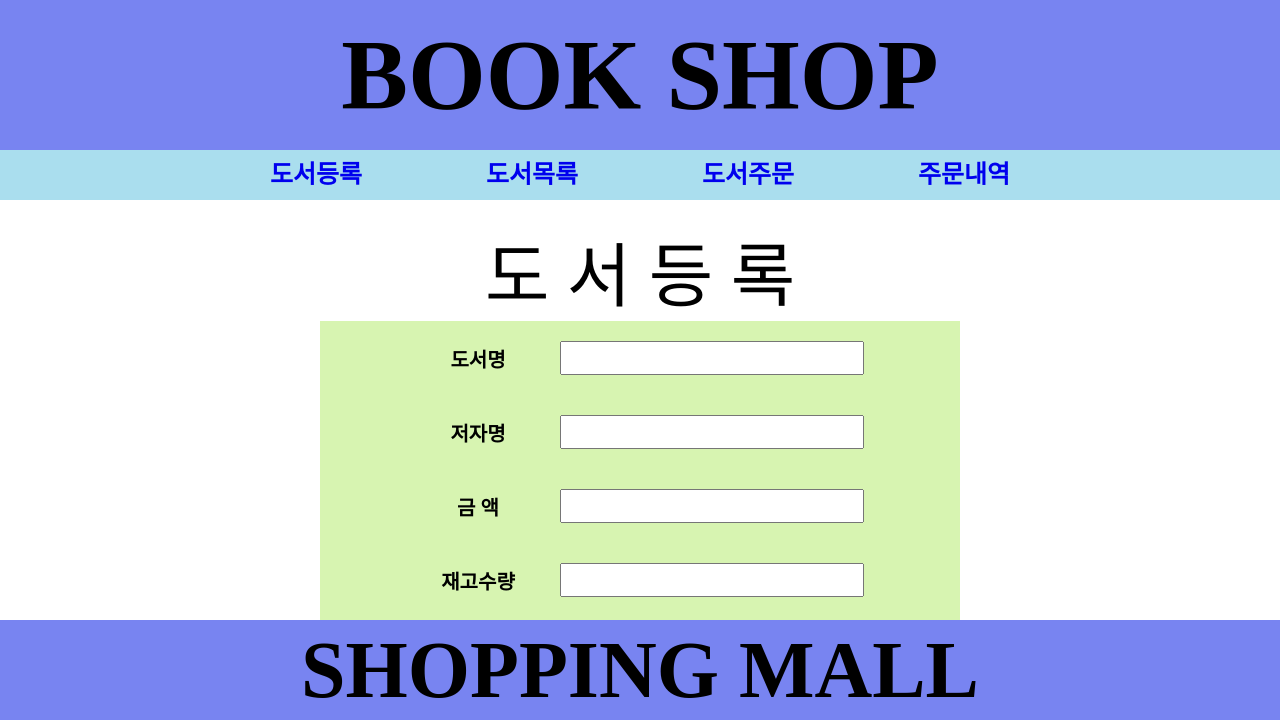
Repository: eunmiyo/BookShop
Page: http://localhost/Book/add
These files come from the project's save history. The page is drawn as it stood at one moment and after the next save; the edit follows.
The browser window is 1280 px wide. The pictures show the whole page.
The page is served by Tomcat 9. Other server files are loaded and not shown.

Above is the page before, as saved 2022-12-29 06:10:59.

### Book/src/main/webapp/add.jsp
<%@ page language="java" contentType="text/html; charset=UTF-8"
    pageEncoding="UTF-8"%>
<!DOCTYPE html>
<html>
<head>
<meta charset="UTF-8">
<title>Insert title here</title>
<link rel="stylesheet" href="style.css">
</head>
<body>
	<%@ include file="top.jsp"%>

		<form name = "frm" method="post" action="insert">
			<table>
				<caption>도 서 등 록</caption>
				<tr>
					<th>도서명</th>
					<td><input type="text" name="title"></td>
				</tr>
				<tr>
					<th>저자명</th>
					<td><input type="text" name="writer"></td>
				</tr>
				<tr>
					<th>금 액</th>
					<td><input type="text" name="price"></td>
				</tr>
				<tr>
					<th>재고수량</th>
					<td><input type="text" name="stock"></td>
				</tr>
				<tr>
					<td colspan="2">
						<button class="btn" type="submit"
							onclick="fn_submit(); return false;">도서등록</button>
						<button class="btn" type="reset">취소</button>
					</td>
				</tr>
			</table>
		</form>

	<%@ include file="footer.jsp"%>
<script type="text/javascript" src="./script.js"></script>
</body>
</html>

### Book/src/main/webapp/top.jsp
<%@ page language="java" contentType="text/html; charset=UTF-8"
    pageEncoding="UTF-8"%>
<!DOCTYPE html>
<html>
<head>
<meta charset="UTF-8">
<title>Insert title here</title>
<link rel="stylesheet" href="style.css">
</head>
<body>
	<header>BOOK SHOP</header>
	<nav>
		<ul>
			<li><a href="add">도서등록</a></li>
			<li><a href="list">도서목록</a></li>
			<li><a href="buy">도서주문</a></li>
			<li><a href="order">주문내역</a></li>
		</ul>
	</nav>
</body>
</html>

### Book/src/main/webapp/footer.jsp
<%@ page language="java" contentType="text/html; charset=UTF-8"
    pageEncoding="UTF-8"%>
<!DOCTYPE html>
<html>
<head>
<meta charset="UTF-8">
<title>Insert title here</title>
<link rel="stylesheet" href="style.css">
</head>
<body>
	<footer>SHOPPING MALL</footer>
</body>
</html>

### Book/src/main/java/Controller/BookController.java
package Controller;

import java.io.IOException;
import java.io.PrintWriter;

import javax.servlet.ServletException;
import javax.servlet.annotation.WebServlet;
import javax.servlet.http.HttpServlet;
import javax.servlet.http.HttpServletRequest;
import javax.servlet.http.HttpServletResponse;

import DAO.BookDAO;

@WebServlet("/")
public class BookController extends HttpServlet {
	private static final long serialVersionUID = 1L;


    public BookController() {
        super();
    }

	protected void doGet(HttpServletRequest request, HttpServletResponse response) throws ServletException, IOException {
		request.setCharacterEncoding("UTF-8");
		doPro(request, response);
	}

	protected void doPost(HttpServletRequest request, HttpServletResponse response) throws ServletException, IOException {
		request.setCharacterEncoding("UTF-8");
		doPro(request, response);
	}

	protected void doPro(HttpServletRequest request, HttpServletResponse response) throws ServletException, IOException {
		String context = request.getContextPath(); // 톰캣의 ContextPath()를 가져온다.(server.xml에서 확인)
		String command = request.getServletPath(); // 경로에 맨 끝 파일명을 가져온다.
		String site = null;

		BookDAO book = new BookDAO();

		switch (command) {
		case "/" :
			site = "bookshop.jsp";
			break;
		case "/add" :
			site = "add.jsp";
			break;
		case "/insert" :
			int result = book.insert(request, response);
			response.setContentType("text/html; charset=UTF-8");
			PrintWriter out = response.getWriter();

			if(result == 1) {
				out.print("<script>");
				out.print("alert('상품이 정상적으로 등록 되었습니다!'); location.href='" + context + "/add';");
				out.print("</script>");
				out.flush();
			} else {
				out.print("<script>");
				out.print("alert('등록실패!'); location.href='" + context + "/add';");
				out.print("</script>");
				out.flush();
			}
			break;
		case "/list" :
			site = book.listAll(request, response);
			break;
		case "/delete" :
			int result2 = book.delete(request, response);
			response.setContentType("text/html; charset=UTF-8");
			out = response.getWriter();

			if(result2 == 1) { //삭제성공
				out.print("<script>");
				out.print("alert('상품삭제가 완료 되었습니다!'); location.href='" + context + "/list';");
				out.print("</script>");
				out.flush();
			} else {
				out.print("<script>");
				out.print("alert('삭제실패!'); location.href='" + context + "/list';");
				out.print("</script>");
				out.flush();
			}
		 break;
		case "/modify" :
			site = book.modify(request, response);
			break;
		case "/update" :
			int result3 = book.update(request, response);
			response.setContentType("text/html; charset=UTF-8");
			out = response.getWriter();

			if(result3 == 1) {
				out.print("<script>");
				out.print("alert('상품수정이 완료 되었습니다!'); location.href='" + context + "/list';");
				out.print("</script>");
				out.flush();
			} else {
				out.print("<script>");
				out.print("alert('수정실패!'); location.href='" + context + "/list';");
				out.print("</script>");
				out.flush();
			}
		 break;
		case "/buy" :
			site = book.buy(request, response);
			break;
		case "/buyList" :
			site = book.buyList(request, response);
			break;
		}

		getServletContext().getRequestDispatcher("/" + site).forward(request, response);
	}
}

### Book/src/main/java/DAO/BookDAO.java
package DAO;

import java.sql.Connection;
import java.sql.DriverManager;
import java.sql.PreparedStatement;
import java.sql.ResultSet;
import java.util.ArrayList;

import javax.servlet.http.HttpServletRequest;
import javax.servlet.http.HttpServletResponse;

import DTO.Book;

public class BookDAO {
	Connection conn = null;
	PreparedStatement ps = null;
	ResultSet rs = null;

	public static Connection getConnection() throws Exception {
		Class.forName("oracle.jdbc.OracleDriver");
		Connection con = DriverManager
				.getConnection("jdbc:oracle:thin:@localhost:1521:xe", "test", "test1234");
		return con;
	}

	//상품등록
	public int insert(HttpServletRequest request, HttpServletResponse response) {
		String title = request.getParameter("title");
		String writer = request.getParameter("writer");
		int price = Integer.parseInt(request.getParameter("price"));
		int stock = Integer.parseInt(request.getParameter("stock"));
		int result = 0;

		try {
			conn = getConnection();
			String sql = "INSERT INTO BOOK_LIST VALUES(BOOK_SEQ.NEXTVAL, ?, ?, ?, ?)";
			ps = conn.prepareStatement(sql);
			ps.setString(1, title);
			ps.setString(2, writer);
			ps.setInt(3, price);
			ps.setInt(4, stock);

			result = ps.executeUpdate();

			conn.close();
			ps.close();

		} catch (Exception e) {
			e.printStackTrace();
		}
		return result;
	}

	//상품조회
	public String listAll(HttpServletRequest request, HttpServletResponse response) {
		ArrayList<Book> bookList = new ArrayList<Book>();

		 try {
			 conn = getConnection();
			 String sql = "SELECT * FROM BOOK_LIST";

			ps = conn.prepareStatement(sql);
			rs = ps.executeQuery();

			while(rs.next()) {
				Book book = new Book();
				book.setNo(rs.getInt(1));
				book.setTitle(rs.getString(2));
				book.setWriter(rs.getString(3));
				book.setPrice(rs.getInt(4));
				book.setStock(rs.getInt(5));

				bookList.add(book);
			}
			request.setAttribute("bookList", bookList);

			conn.close();
			rs.close();

		 	} catch (Exception e) {
				e.printStackTrace();
		 	}

		 return "list.jsp";
	}

	//상품삭제하기
	public int delete(HttpServletRequest request, HttpServletResponse response) {
		int result = 0;

		try {
			conn = getConnection();
			int no = Integer.parseInt(request.getParameter("no"));
			String sql = "DELETE FROM BOOK_LIST WHERE BOOK_NO = " + no;

			ps = conn.prepareStatement(sql);
			result = ps.executeUpdate(); //쿼리문 실행

			conn.close();
			ps.close();

		} catch (Exception e) {
			e.printStackTrace();
		}

		return result;
	}

	//상품수정 전 화면 보여주기
	public String modify(HttpServletRequest request, HttpServletResponse response) {
		try {
			conn = getConnection();
			int no = Integer.parseInt(request.getParameter("no"));

			String sql = "SELECT TITLE, WRITER, PRICE, STOCK FROM BOOK_LIST WHERE BOOK_NO = " + no;

			ps = conn.prepareStatement(sql);
			rs = ps.executeQuery();

			Book book = new Book();

			if(rs.next()) {
				book.setTitle(rs.getString(1));
				book.setWriter(rs.getString(2));
				book.setPrice(rs.getInt(3));
				book.setStock(rs.getInt(4));
			}

			request.setAttribute("book", book);

			conn.close();
			ps.close();
			rs.close();

		} catch (Exception e) {
			e.printStackTrace();
		}

		return "modify.jsp";
	}

	//상품수정
	public int update(HttpServletRequest request, HttpServletResponse response) {
		String title = request.getParameter("title");
		String writer = request.getParameter("writer");
		int price = Integer.parseInt(request.getParameter("price"));
		int stock = Integer.parseInt(request.getParameter("stock"));
		int result = 0;

		try {
			conn = getConnection();

			String sql = "UPDATE BOOK_LIST SET WRITER = ?, "
					+ "PRICE = ?, STOCK = ? "
					+ "WHERE TITLE = ? ";

			ps = conn.prepareStatement(sql);
			ps.setString(1,writer);
			ps.setInt(2, price);
			ps.setInt(3, stock);
			ps.setString(4, title);

			result = ps.executeUpdate();

			conn.close();
			ps.close();

		} catch (Exception e) {
			e.printStackTrace();
		}
		return result;
	}

	//구매 도서 리스트
	public String buy(HttpServletRequest request, HttpServletResponse response) {
		ArrayList<Book> bookList = new ArrayList<Book>();

		 try {
			 conn = getConnection();
			 String sql = "SELECT TITLE, WRITER, PRICE FROM BOOK_LIST";

			ps = conn.prepareStatement(sql);
			rs = ps.executeQuery();

			while(rs.next()) {
				Book book = new Book();
				book.setTitle(rs.getString(1));
				book.setWriter(rs.getString(2));
				book.setPrice(rs.getInt(3));

				bookList.add(book);
			}

			request.setAttribute("bookList", bookList);

			conn.close();
			rs.close();

		 	} catch (Exception e) {
				e.printStackTrace();
		 	}

		 return "buy.jsp";
	}

	//구매 리스트
	public String buyList(HttpServletRequest request, HttpServletResponse response) {
		String title = request.getParameter("title");
		String writer = request.getParameter("writer");
		int price = Integer.parseInt(request.getParameter("price"));
		int count = Integer.parseInt(request.getParameter("count"));

		try {
			conn = getConnection();
			String sql = "INSERT INTO BOOK_ORDER VALUES(?, ?, ?, ?);";
			ps = conn.prepareStatement(sql);
			ps.setString(1, title);
			ps.setString(2, writer);
			ps.setInt(3, price);
			ps.setInt(4, count);

			ps.executeUpdate();

			conn.close();
			ps.close();

		} catch (Exception e) {
			e.printStackTrace();
		}
		return "buyList";
	}
}

### Book/src/main/webapp/style.css
@charset "UTF-8";

* {
	margin: 0;
	padding: 0;
}

header {
	top: 0;
	width: 100%;
	text-align: center;
	background: #7884F1;
	color: black;
	height: 150px;
	line-height: 150px;
	font-size: 100px;
	font-weight: bold;
}

nav ul {
	height: 50px;
	line-height: 50px;
	width: 100%;
	background: #AADEEE;
	color: black;
	text-align: center;
}

nav ul li {
	list-style: none;
	padding: 0 60px;
	display: inline-block;
	font-weight: bold;
	font-size: 25px;
}

section {
	position: absolute;
	overflow: auto;
	width: 100%;
	height: 100%;
	background: white;
}

a {
	text-decoration: none;
}

a:hover {
	cursor: pointer;
}

img {
	margin: auto;
    display: block;
    padding: 100px;
    width: 40%;
}

caption {
	font-size: 70px;
	margin-top: 20px;
	text-align: center;
}

table {
	padding-top: 50px;
	background: #D7F4B1;
	margin-left:auto;
    margin-right:auto;
    border-collapse: collapse;
	width: 50%;
	font-size: 20px;
}

.buyList {

}

.wap {
	border-collapse: collapse;
	width: 80%;
	height: 80%;
}

.bar {
	border-bottom: 2px solid #86CC2C;
}

tr, td, th {
	display: flex;
	justify-content: center;
	align-items: center;
	padding: 10px;
}

th{
	width: 20%;
}

.list{
	width: 20%;
	padding: 0;
}

input {
	height: 30px;
	width: 300px;
}

b {
	margin-left: 10px;
}

.input {
	margin-left: 5px;
	height: 30px;
	width: 80px;
}

.btn {
	padding: 0.4rem 1rem;
	border-radius: 0.4rem;
	font-size: 20px;
	margin-left: 20px;
	text-align: center;
}

select {
	width: 300px;
	padding: .8em .5em;
	border: 1px solid #999;
	font-family: inherit;
	border-radius: 0px;
}

footer {
	position: fixed;
	bottom: 0;
	width: 100%;
	text-align: center;
	background: #7884F1;
	color: black;
	height: 100px;
	line-height: 100px;
	font-size: 80px;
	font-weight: bold;
}

### Book/src/main/webapp/script.js
function fn_submit() {
	var f = document.frm;

	if(f.title.value == "") {
		alert("도서명이 입력되지 않았습니다!")
		f.title.focus();
		return false;
	}

	if(f.writer.value == "") {
		alert("저자명이 입력되지 않았습니다!")
		f.writer.focus();
		return false;
	}

	if(f.price.value == "") {
		alert("금액이 입력되지 않았습니다!")
		f.price.focus();
		return false;
	}

	if(f.stock.value == "") {
		alert("재고수량이 입력되지 않았습니다!")
		f.stock.focus();
		return false;
	}

	f.submit();
}

function chkDelete(no) {
	const result = confirm("삭제하시겠습니까?");

	if(result){
			const url = location.origin; //'http://localhost:8090'
			location.href = url + "/Book/delete?no=" + no; //페이지이동

		} else {
			return false;
		}
}

function bookadd() {
  var book = $(".bar select").val();
  var cnt = $(".count").val();
  var test = book.split("/");

  console.log(test[0]);
  console.log(test[1]);
  console.log(test[2]);

  var tdbookname = "<td>" + test[0] + "</td>";
  var tdbookperson = "<td>" + test[1] + "</td>";
  var tdbookprice = "<td>" + test[2] + "</td>";
  var tdbookcnt = "<td>" + cnt + "</td>";
  var tddelbtn = "<td><button>삭제</button></td>";

 var tr = "<tr>" + tdbookname + tdbookperson + tdbookprice + tdbookcnt + tddelbtn + "</tr>";

 var table = $(".buyList");
 table.append(tr);

}

After the next save:
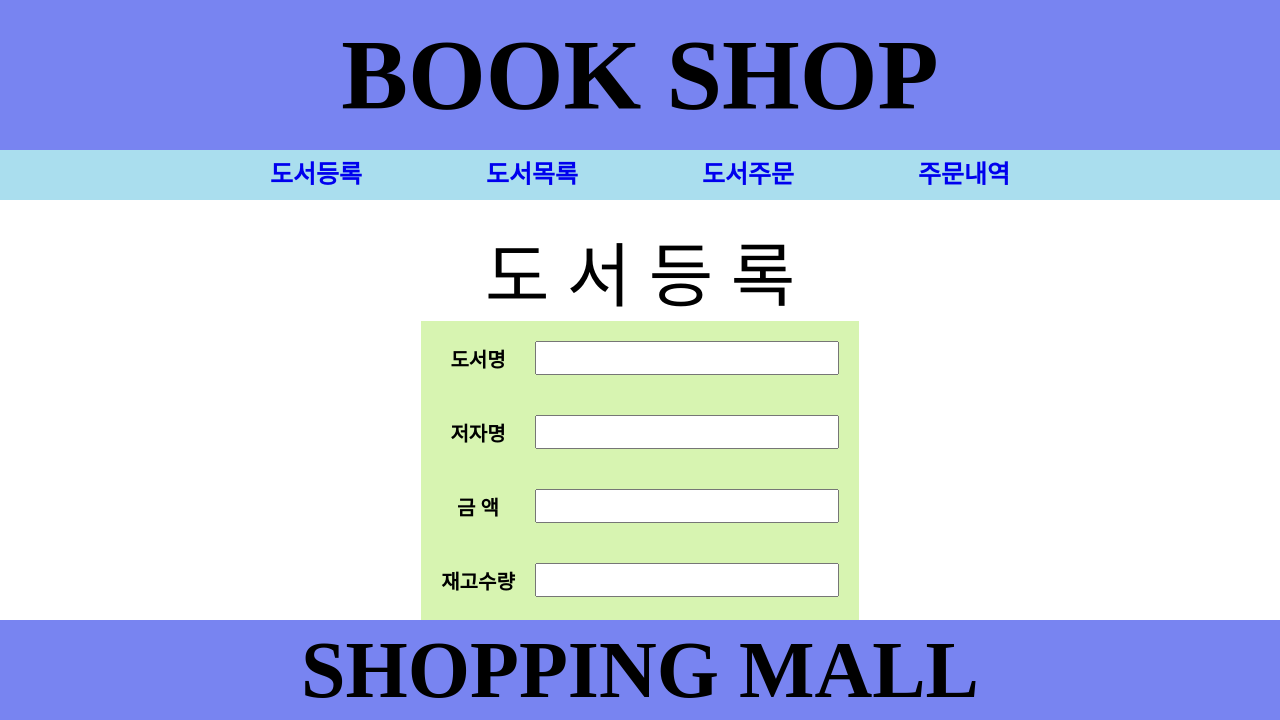
Saved 4 s later.
--- a/Book/src/main/webapp/style.css
+++ b/Book/src/main/webapp/style.css
@@ -69,7 +69,6 @@ table {
 	margin-left:auto;
     margin-right:auto;
     border-collapse: collapse;
-	width: 50%;
 	font-size: 20px;
 }
 
